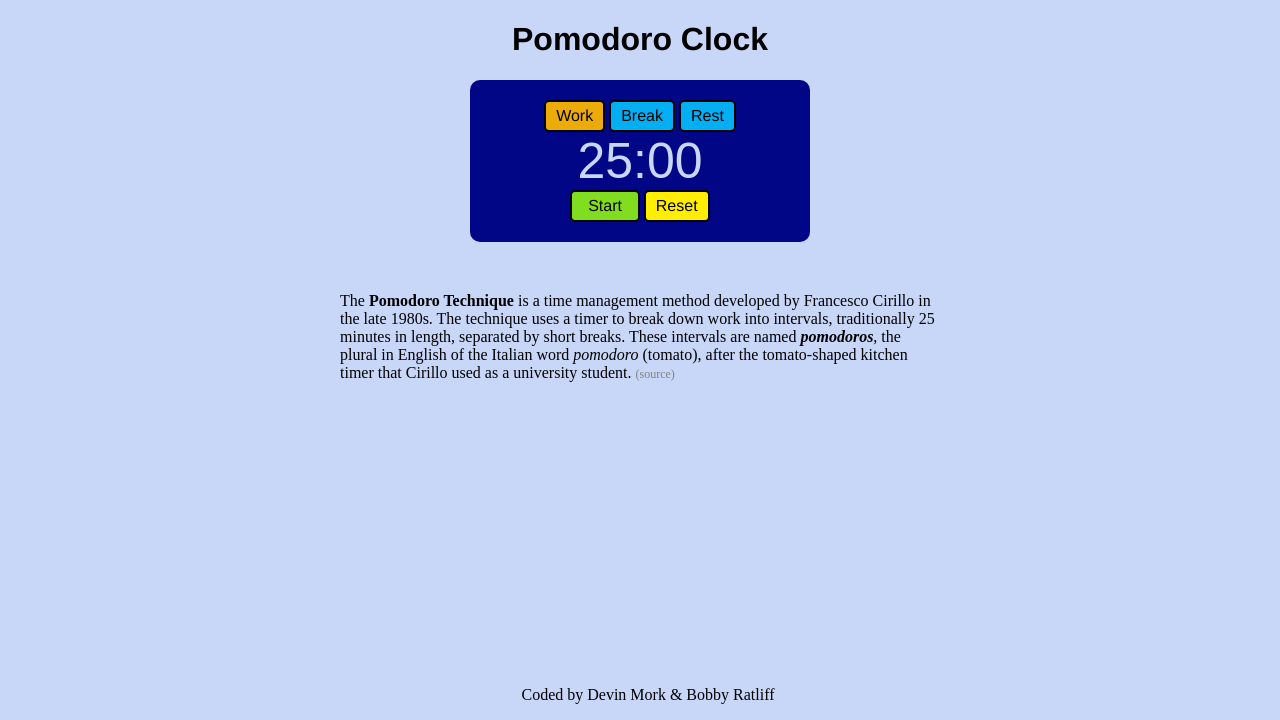
Repository: Demo318/pomodoro-clock
Page: index.html
The author's editor kept a record of every edit. The page is drawn from the files as they stood at one moment, then again after the next edit.
The browser window is 1280 px wide. The pictures show the whole page.

Above is the page before.

### index.html
<!Doctype HTML>
<html>
<head>
    <link rel="stylesheet" href="style.css" />
    <title>Best Clock Evar!</title>
</head>
<body>
    <div class="container"></div>
<h1>Pomodoro Clock</h1>
<div class="clock-app">
    <div class="workflow-commands">
        <div class="work button">Work</div>
        <div class="break button">Break</div>
        <div class="rest button">Rest</div>
    </div>
    <div class="timer">00:00</div>
    <div class="timer-control">
        <div class="start-timer button start">Start</div>
        <div class="reset-timer button">Reset</div>
    </div>
</div>
    <div class="description">
        <p>The <b>Pomodoro Technique</b> is a time management method developed by Francesco Cirillo in the late 1980s. The technique uses a timer to break down work into intervals, traditionally 25 minutes in length, separated by short breaks. These intervals are named <b><i>pomodoros</i></b>, the plural in English of the Italian word <i>pomodoro</i> (tomato), after the tomato-shaped kitchen timer that Cirillo used as a university student. <a href="https://en.wikipedia.org/wiki/Pomodoro_Technique"><span class="citation">(source)</span></a></p>
    </div>
    <div class="credit">
        <p>Coded by <a href="https://github.com/Demo318">Devin Mork</a> &amp; <a href="https://github.com/rratliff">Bobby Ratliff</a></p>
    </div>
</div>
<script src="jquery-3.2.1.js"></script>
<script src="app.js"></script>
</body>
</html>

### style.css
body {
    background-color: #C8D6F7;

}

h1 {
    font-family: Helvetica, Arial, sans-serif;
    text-align: center;
}

.clock-app {
    width: 300px;
    margin: auto;
    text-align: center;
    border: 0px solid black;
    border-radius: 10px;
    padding: 20px;
    background-color: #000685;

}


.button {
    display: inline-block;
    border: 2px solid black;
    border-radius: 5px;
    font-family: Helvetica, Arial, sans-serif;
    padding: 5px 10px;
    background-color: #03AEF3;

}

.button:hover {
    cursor: pointer;
}

.start-timer {
    width: 45.375px;
}

.reset-timer {
    background-color: #ffee00;
}

.start {
        background-color: #81DD1F;
}

.pause {
    background-color: #ED6C28;
}

.workflow-commands {
    display: block;
    margin:auto;
}

.timer {
   display: block;
   font-size: 50px;
   font-family: Arial, sans-serif;
   color: #C8D6F7;
}

.timer-control {
    display: block;
}

.highlight {
    background-color: #EDAB09;
}

.description {
    width: 600px;
    margin: 50px auto;
}

a {
    text-decoration: none;
    color:black;
}

.citation {
    color: gray;
    font-size: 12px;
}

.credit {
    position: fixed;
    bottom: 10px;
    text-align: center;
    width: 100%;
    height: 20px;
    margin-bottom: 20px;
}

### app.js
var clockStates = {"work":25*60,"break": 5*60,"rest":15*60};
var time = 0
var intervalID = undefined
var isRunning = false
var workflow = []
var currentWorkflow = "work"
var audio = new Audio('timer-with-ding.wav');

var convertTime = function (seconds) {
    var minutes = Math.floor(seconds/60);
    seconds = (seconds - (minutes*60)).toString();
    if (seconds.length < 2) {
        seconds = "0" + seconds
    }
    minutes = minutes.toString()
    if (minutes.length < 2) {
        minutes = "0" + minutes
    }
    return minutes + ":" + seconds;
};

var renderTimer = function () {
    $(".timer").html(convertTime(time));
    var currentClass = "." + currentWorkflow
    if ($(currentClass).hasClass("highlight")){} else {
        $(".workflow-commands .button").removeClass("highlight");
        $(currentClass).addClass("highlight");
    }
    if (isRunning && $(".start-timer").hasClass("start")) {
            $(".start-timer").html("Pause").removeClass("start").addClass("pause")
        }
};

var timerEnded = function() {
    audio.play(); //play sound
    if (workflow.length == 6) {
        workflow = []
    }
    var next
    workflow.push(currentWorkflow);
    if (currentWorkflow == "work") {
        switch (workflow.filter(function(el) { return el == "work"}).length) {
            case 1:
                next = "break";
                break;
            case 2:
                next = "break";
                break;
            case 3:
                next = "rest";
                break;
        }
    } else if (currentWorkflow == "break" || currentWorkflow == "rest") {
        next = "work"
    }
    time = clockStates[next]
    currentWorkflow = next
    startTimer();
}

var startTimer = function () {
       intervalID = setInterval(function (){
                if (time === 0) {
                    stopTimer()
                    timerEnded()
                }
                else {
                    time = time-1
                }
                renderTimer()
            }, 1000)
            isRunning = true;
};

var stopTimer = function() {
    clearInterval(intervalID)
    isRunning = false;
}

var setStartButton = function () {
    $(".start-timer").html("Start").removeClass("pause").addClass("start");
}

$(document).ready(function () {



    // initial value
    time = clockStates["work"]
    renderTimer()


    //click listeners to reset timer
    $(".workflow-commands .work").on("click", function (){
        currentWorkflow = "work"
        time = clockStates[currentWorkflow]
        renderTimer()
        stopTimer()
        setStartButton()
    })

    $(".workflow-commands .break").on("click", function (){
        currentWorkflow = "break"
        time = clockStates[currentWorkflow]
        renderTimer()
        stopTimer()
        setStartButton()
    })

    $(".workflow-commands .rest").on("click", function (){
        currentWorkflow = "rest"
        time = clockStates[currentWorkflow]
        renderTimer()
        stopTimer()
        setStartButton()
    })

    $(".timer-control .start-timer").on("click", function () {
        if (isRunning) {
            stopTimer()
        } else {
            startTimer()
        }
        if ($(".start-timer").hasClass("pause")) {
            setStartButton()
        }
    })

    $(".timer-control .reset-timer").on("click", function() {
        stopTimer()
        currentWorkflow = "work"
        workflow = []
        time = clockStates[currentWorkflow]
        renderTimer()
        setStartButton()
    })

});

Loaded but not shown: jquery-3.2.1.js (library)

After the next edit:
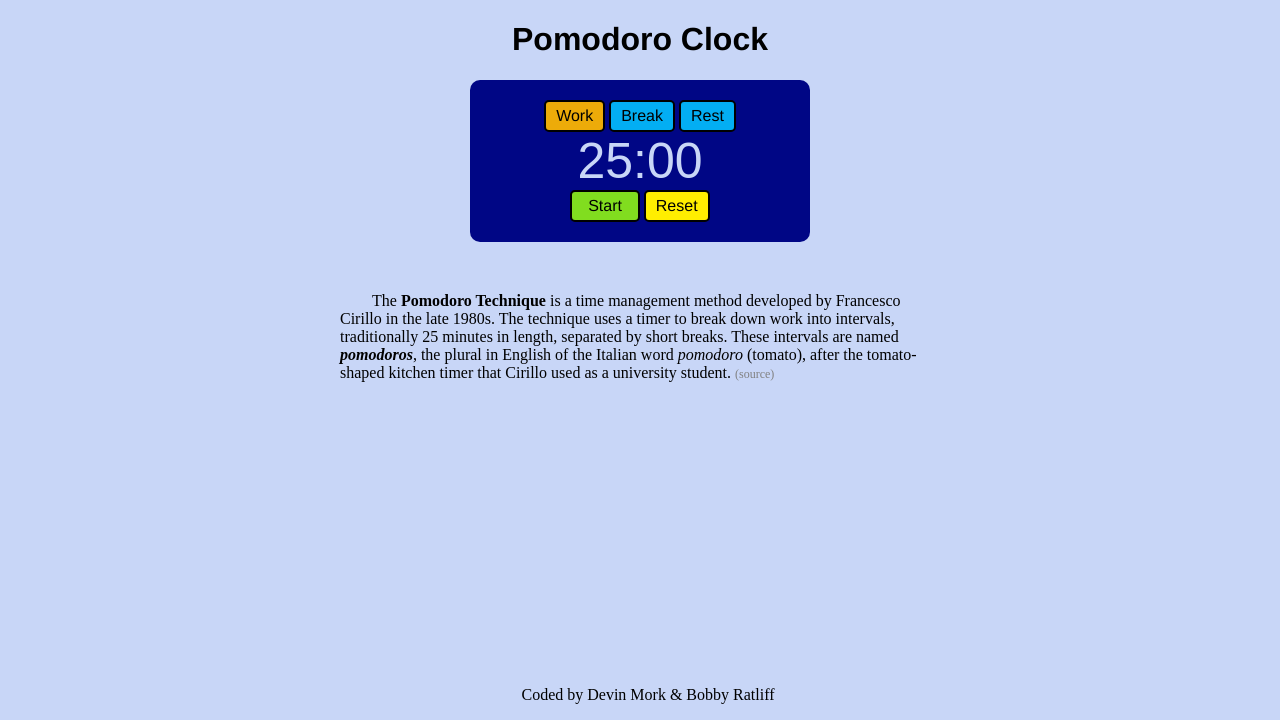
The edit:
--- a/style.css
+++ b/style.css
@@ -73,6 +73,7 @@
 .description {
     width: 600px;
     margin: 50px auto;
+    text-indent: 2em;
 }
 
 a {
